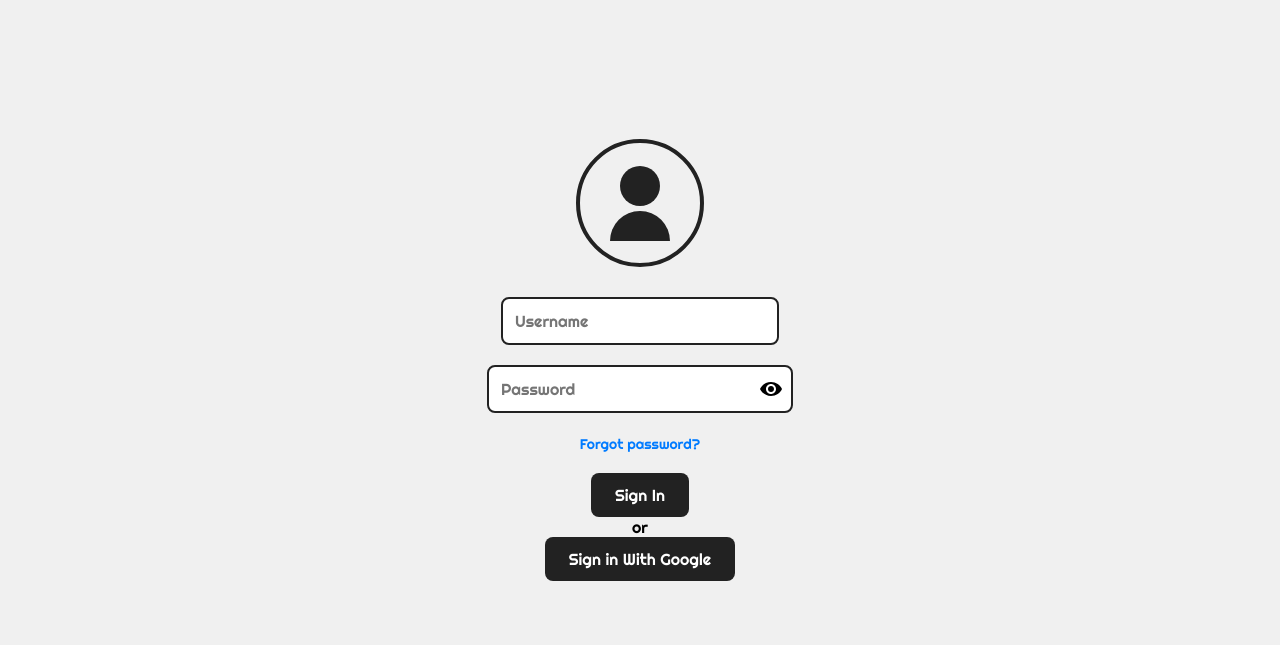
Repository: saifg123/Peer
Page: signin.html
The author's editor kept a copy of each file at every save. The page is drawn from the files as they stood at one save, then again after the next save.
The browser window is 1280 px wide. The pictures show the whole page.

Above is the page before, as saved 2025-05-19 19:42:02.

### signin.html
  <!DOCTYPE html>
  <html lang="en">
  <head>
    <script src="https://accounts.google.com/gsi/client" async defer></script>
    <meta charset="UTF-8">
    <meta name="viewport" content="width=device-width, initial-scale=1.0">
    <title>Sign In</title>
    <link href="https://fonts.googleapis.com/css2?family=Righteous&display=swap" rel="stylesheet">
    <style>

  body {
        margin: 0;
        font-family: 'Righteous', cursive;
        background-color: #f0f0f0;
        display: flex;
        flex-direction: column;
        align-items: center;
        justify-content: center;
        height: 100vh;
      }

      .sign-in-container {
        text-align: center;
      }

      .guest-avatar-large {
        width: 120px;
        height: 120px;
        border: 4px solid #222;
        border-radius: 50%;
        display: flex;
        flex-direction: column;
        justify-content: center;
        align-items: center;
        margin: 0 auto 30px;
      }

      .avatar-head {
        width: 40px;
        height: 40px;
        background-color: #222;
        border-radius: 50%;
      }

      .avatar-body {
        width: 60px;
        height: 30px;
        background-color: #222;
        border-radius: 30px 30px 0 0;
        margin-top: 5px;
      }

      .input-box {
        margin: 10px 0;
      }

      input[type="text"],
      input[type="password"] {
        width: 250px;
        padding: 12px;
        font-size: 16px;
        border: 2px solid #222;
        border-radius: 8px;
        outline: none;
        font-family: 'Righteous', cursive;
      }

      input[type="text"]:focus,
      input[type="password"]:focus {
        border-color: #007BFF;
      }

      .password-wrapper {
        position: relative;
        display: inline-block;
      }

      #passwordInput {
        padding-right: 40px;
      }

      .toggle-password {
        position: absolute;
        right: 10px;
        top: 50%;
        transform: translateY(-50%);
        cursor: pointer;
        width: 24px;
        height: 24px;
        transition: opacity 0.3s ease;
        fill: #444;
      }

      .toggle-password:hover {
        fill: #007BFF;
      }

      .forgot-password {
        margin-top: 10px;
        margin-bottom: 20px;
      }

      .forgot-password a {
        text-decoration: none;
        color: #007BFF;
        font-size: 14px;
      }

      .forgot-password a:hover {
        text-decoration: underline;
      }

      .submit-btn {
        background-color: #222;
        color: #fff;
        border: none;
        padding: 12px 24px;
        font-size: 16px;
        border-radius: 8px;
        cursor: pointer;
        font-family: 'Righteous', cursive;
        transition: background-color 0.3s ease;
      }

      .submit-btn:hover {
        background-color: #007BFF;
      }

      .icon-layer {
        position: absolute;
        top: 50%;
        right: 10px;
        transform: translateY(-50%);
        width: 24px;
        height: 24px;
      }

      .icon-layer svg {
        position: absolute;
        top: 0;
        left: 0;
        width: 100%;
        height: 100%;
        transition: opacity 0.3s ease;
      }

      .icon-hidden {
        opacity: 0;
      }

      .icon-visible {
        opacity: 1;
      }
      .or-divider {
  display: flex;
  align-items: center;
  text-align: center;
  margin: 20px 0;
}

.or-divider::before,
.or-divider::after {
  content: '';
  flex: 1;
  border-bottom: 1px solid #ccc;
}

.or-divider span {
  margin: 0 10px;
  color: #777;
  font-size: 14px;
  font-family: 'Righteous', cursive;
}
      .or-divider a {
        text-decoration: none;
        color: #007BFF;
        font-size: 14px;
      }

      .or-divider a:hover {
        text-decoration: underline;
      }
    </style>
  </head>
  <body>
    <div class="sign-in-container">
      <div class="guest-avatar-large">
        <div class="avatar-head"></div>
        <div class="avatar-body"></div>
      </div>

      <div class="input-box">
        <input type="text" placeholder="Username">
      </div>

      <div class="input-box password-wrapper">
        <input type="password" id="passwordInput" placeholder="Password">
        <div class="icon-layer">
          <svg id="eyeOpen" class="icon-visible" viewBox="0 0 24 24" fill="currentColor">
            <path d="M12 5C7 5 2.7 8.1 1 12c1.7 3.9 6 7 11 7s9.3-3.1 11-7c-1.7-3.9-6-7-11-7zm0 12c-2.8
                    0-5-2.2-5-5s2.2-5 5-5 5 2.2 5 5-2.2 5-5 5zm0-8c-1.7 0-3 1.3-3 3s1.3 3
                    3 3 3-1.3 3-3-1.3-3-3-3z"/>
          </svg>
          <svg id="eyeClosed" class="icon-hidden" viewBox="0 0 24 24" fill="currentColor">
            <path d="M1 4.27L2.28 3 21 21.72 19.73 23l-2.27-2.27C15.6 21 13.86 21.5 12
                    21.5c-5 0-9.3-3.1-11-7 1.1-2.6 3.1-4.7 5.5-6.1L1 4.27zM12 6.5c4.7 0
                    8.6 2.8 10 6.5-.5 1.2-1.2 2.3-2.1 3.3l-2.1-2.1c.2-.4.3-.9.3-1.4
                    0-2.2-1.8-4-4-4-.5 0-1 .1-1.4.3l-2.1-2.1C10.7 6.6 11.3 6.5 12 6.5zm-3
                    3c0 .6.2 1.2.5 1.7l-3.8-3.8c.8-.6 1.8-1.1 2.8-1.4l1.5 1.5c-.3.5-.5
                    1-.5 1.7z"/>
          </svg>
        </div>
      </div>

      <div class="forgot-password">
        <a href="#">Forgot password?</a>
      </div>
<form id="signin-form" onsubmit="event.preventDefault();">
        <button type="submit" class="submit-btn">Sign In</button>
      </form>
<div><span>or</span>
  </div>
  <form onsubmit=" fetchClassroomData(event) " >
      <button type="submit" class="submit-btn">Sign in With Google</button>
    </form>
  <script>
    function handleCredentialResponse(response) {
      console.log("Google ID token:", response.credential);
    }

    async function getAccessToken() {
      return new Promise((resolve, reject) => {
        google.accounts.oauth2.initTokenClient({
          client_id: '824197230866-ihf2fbgin6f0d4mntooh3mpt6qku7vrc.apps.googleusercontent.com',
          scope: [
            'https://www.googleapis.com/auth/classroom.courses.readonly',
            'https://www.googleapis.com/auth/classroom.courses.readonly',
            'https://www.googleapis.com/auth/classroom.coursework.me.readonly',
            'https://www.googleapis.com/auth/classroom.student-submissions.me.readonly',
            'https://www.googleapis.com/auth/classroom.profile.emails',
            'https://www.googleapis.com/auth/classroom.profile.photos',
            'https://www.googleapis.com/auth/classroom.announcements.readonly',
            'https://www.googleapis.com/auth/classroom.courseworkmaterials.readonly',
            'https://www.googleapis.com/auth/classroom.push-notifications',
            'https://www.googleapis.com/auth/classroom.topics.readonly',
            'https://www.googleapis.com/auth/classroom.coursework.me.readonly',
            'https://www.googleapis.com/auth/classroom.announcements.readonly',
          ].join(' '),
          callback: (tokenResponse) => {
            resolve(tokenResponse.access_token);
          }
        }).requestAccessToken();
      });
    }

    async function fetchClassroomData(event) {
  event.preventDefault();
  const token = await getAccessToken();
  if (!token) {
    alert("Please sign in with Google.");
    return;
  }

  const headers = { Authorization: `Bearer ${token}` };

  // Step 1: Get all courses for the signed-in user
  const coursesRes = await fetch("https://classroom.googleapis.com/v1/courses", { headers });
  const coursesData = await coursesRes.json();

  if (!coursesData.courses || coursesData.courses.length === 0) {
    console.log("No courses found.");
    return;
  }

  console.log("User's courses:", coursesData.courses);

  // Step 2: For each course, fetch announcements and coursework
  for (const course of coursesData.courses) {
    const courseId = course.id;
    console.log(`Fetching data for course: ${course.name} (${courseId})`);

    const endpoints = [
      `https://classroom.googleapis.com/v1/courses/${courseId}/announcements`,
      `https://classroom.googleapis.com/v1/courses/${courseId}/courseWork`
    ];

    for (const url of endpoints) {
  try {
    const res = await fetch(url, { headers });
    console.log(`Status for ${url}:`, res.status);

    if (!res.ok) {
      const errorText = await res.text();
      console.error(`Error response body from ${url}:`, errorText);
      continue;
    }

    const data = await res.json();
    console.log(`Data from ${url}:`, data);
  } catch (err) {
    console.error(`Error fetching ${url}:`, err);
  }
    }
  }}
  </script>
  </div>
</body>
</html>

After the next save:
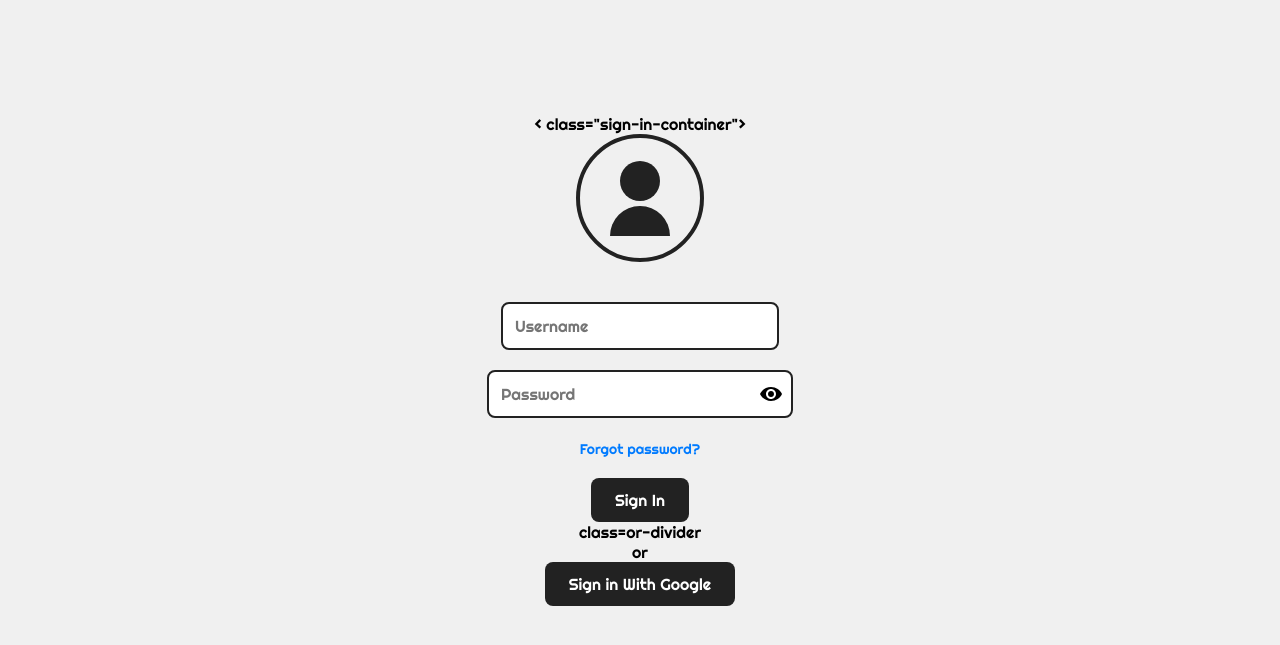
Saved 2 min 14 s later.
--- a/signin.html
+++ b/signin.html
@@ -183,7 +183,7 @@
     </style>
   </head>
   <body>
-    <div class="sign-in-container">
+    < class="sign-in-container">
       <div class="guest-avatar-large">
         <div class="avatar-head"></div>
         <div class="avatar-body"></div>
@@ -218,8 +218,7 @@
 <form id="signin-form" onsubmit="event.preventDefault();">
         <button type="submit" class="submit-btn">Sign In</button>
       </form>
-<div><span>or</span>
-  </div>
+<div>class=or-divider</div><span>or</span>
   <form onsubmit=" fetchClassroomData(event) " >
       <button type="submit" class="submit-btn">Sign in With Google</button>
     </form>
